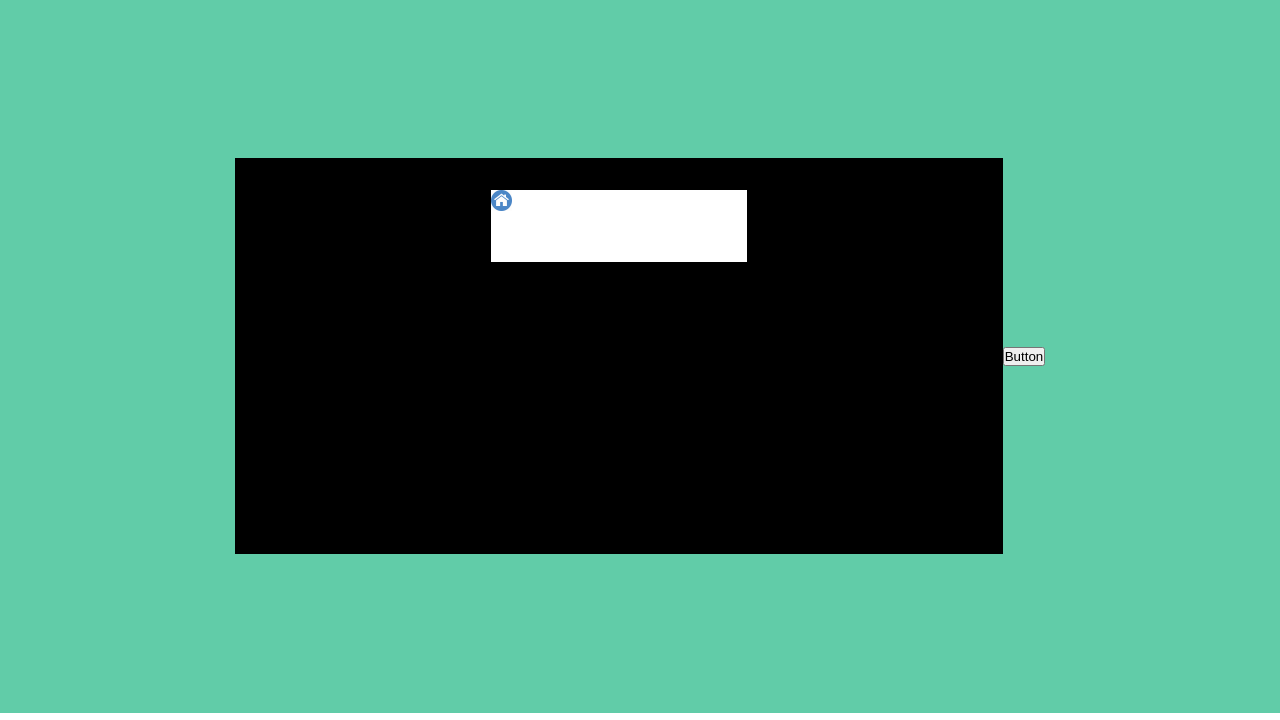
Repository: gitveerak/git-message-chat
Page: demo/demo1.html
The author's editor kept a copy of each file at every save. The page is drawn from the files as they stood at one save, then again after the next save.
The browser window is 1280 px wide. The pictures show the whole page.

Above is the page before, as saved 2025-04-20 18:09:42.

### demo/demo1.html
<!DOCTYPE html>
<html lang="en">
<head>
    <meta charset="UTF-8">
    <meta name="viewport" content="width=device-width, initial-scale=1.0">
    <title>Demo Page</title>
    <style>
        *{
            padding: 0;
            margin: 0;
            box-sizing: border-box;
        }
        .wrap{
            height: 99vh;
            width: 100vw;
            background-color: rgb(97, 204, 168);
            display: flex;
            justify-content: center;
            align-items: center;
        }
        .wrap_inner{
            background-color: black;
            width: 60vw;
            height: 55vh;
            position: relative;
        }
        .icon_bar{
            position: absolute;
            top: 2em;
            left: 50%;
            transform: translateX(-50%);
            width: 20vw;
            height: 10vh;
            background-color: white;
        }
    </style>
</head>
<body>
    <div class="wrap">
        <div class="wrap_inner">
            <div class="icon_bar">
                <img class="img_icon" src="home.png" alt="home_png">
            </div>
        </div>
        <button type="button" onclick="btn()">Button</button>
    </div>
    <script>
        // const icon = document.querySelector('.icon');
        // function btn() {
        //     icon.style.display='block';
        //     setTimeout(() => {
        //     icon.style.display='none';
        //     }, 6000);
        // }
    </script>
</body>
</html>

After the next save:
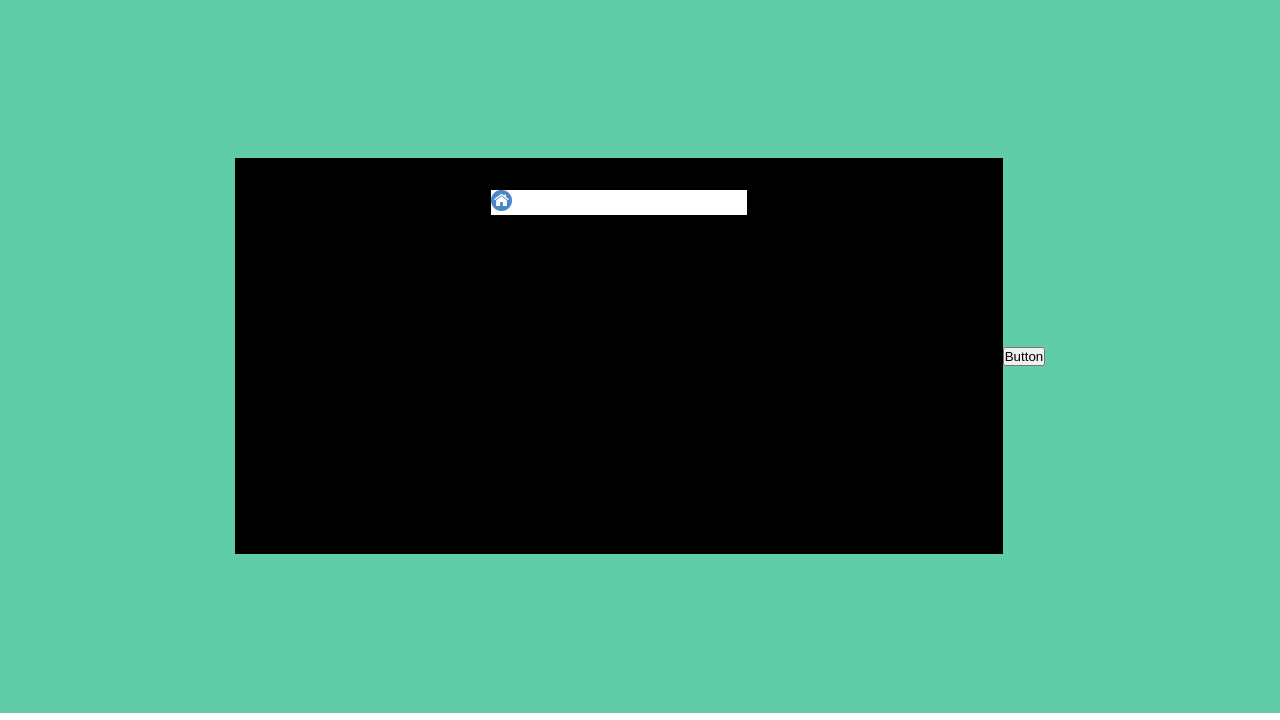
Saved 12 s later.
--- a/demo/demo1.html
+++ b/demo/demo1.html
@@ -30,7 +30,6 @@
             left: 50%;
             transform: translateX(-50%);
             width: 20vw;
-            height: 10vh;
             background-color: white;
         }
     </style>
